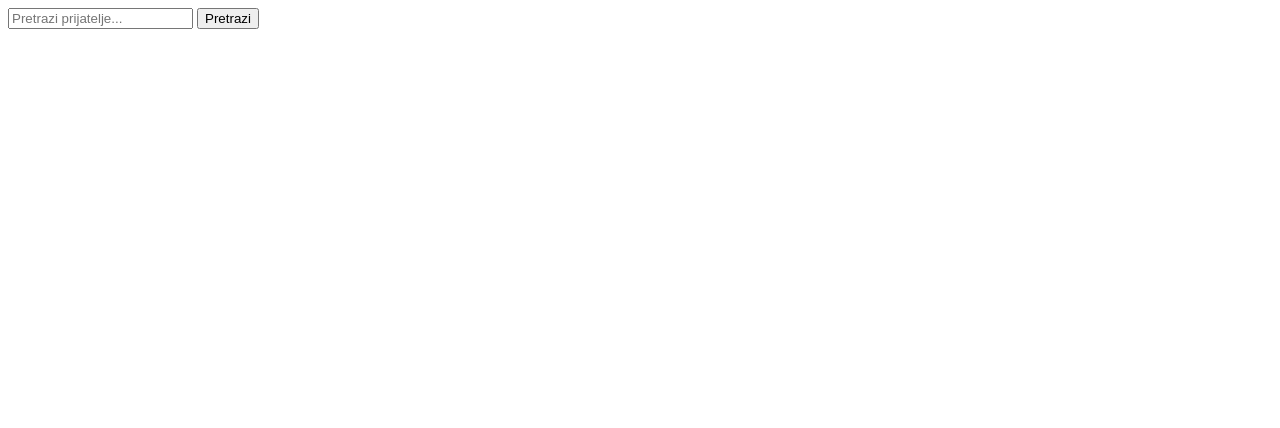
Repository: jodz4k/Polilingo-Spring-web-app
Page: http://localhost/PolilingoWeb/clanPregledClanova.jsp
These files come from the project's save history. The page is drawn as it stood at one moment and after the next save; the edit follows.
The browser window is 1280 px wide. The pictures show the whole page.
The page is served by Tomcat 10.

Above is the page before, as saved 2024-02-05 03:30:23.

After the next save:
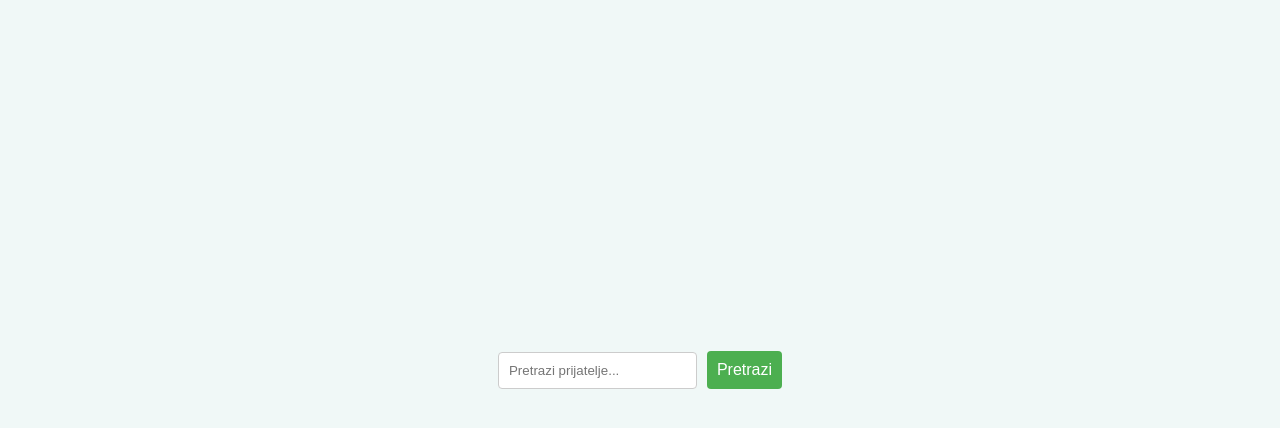
Saved 98 s later.
--- a/PolilingoWeb/src/main/webapp/clanPregledClanova.jsp
+++ b/PolilingoWeb/src/main/webapp/clanPregledClanova.jsp
@@ -1,10 +1,103 @@
 <%@ page language="java" contentType="text/html; charset=ISO-8859-1"
-    pageEncoding="ISO-8859-1"%>
+	pageEncoding="ISO-8859-1"%>
+
+<%@ taglib uri="http://java.sun.com/jsp/jstl/core" prefix="c"%>
+
 <!DOCTYPE html>
 <html>
 <head>
-<meta charset="ISO-8859-1">
-<title>Insert title here</title>
+<meta charset="UTF-8">
+<meta name="viewport" content="width=device-width, initial-scale=1.0">
+<title>Profilna Stranica</title>
+<style>
+body {
+	background-color: #f0f8f7; /* svetlozelena boja pozadine */
+	font-family: Arial, sans-serif;
+	text-align: center;
+	margin: 0;
+	padding: 0;
+	height: 100vh;
+	display: flex;
+	flex-direction: column;
+	align-items: center;
+	justify-content: center;
+}
+
+h1 {
+	color: #4caf50;
+	margin-bottom: 20px;
+}
+
+.profile-container {
+	background-color: #ffffff; /* bela boja pozadine za profilnu sekciju */
+	padding: 20px;
+	border-radius: 8px;
+	box-shadow: 0 0 10px rgba(0, 0, 0, 0.1); /* senka za efekat pop-up-a */
+	width: 30%; /* prilagodi sirinu profila prema potrebama */
+	display: flex;
+	flex-wrap: wrap;
+	justify-content: space-between;
+	align-items: flex-start;
+}
+
+.info-section {
+	width: 100%;
+	margin-top: 20px;
+}
+
+.search-bar {
+	margin-top: 20px;
+	display: flex;
+	align-items: center;
+}
+
+#search-input {
+	flex-grow: 1;
+	padding: 10px;
+	border: 1px solid #ccc; /* siva boja granice input polja */
+	border-radius: 4px;
+	box-sizing: border-box;
+}
+
+#search-button {
+	background-color: #4caf50; /* zelena boja za dugme */
+	color: white;
+	padding: 10px;
+	border: none;
+	border-radius: 4px;
+	cursor: pointer;
+	font-size: 16px;
+	margin-left: 10px;
+	transition: background-color 0.3s;
+}
+
+.action-buttons {
+	margin-top: 20px;
+	display: flex;
+	justify-content: flex-end;
+	align-items: flex-end;
+}
+
+.action-button {
+	background-color: #4caf50; /* zelena boja za dugme */
+	color: white;
+	padding: 15px 30px;
+	border: none;
+	border-radius: 8px;
+	cursor: pointer;
+	font-size: 16px;
+	margin-left: 10px;
+	transition: background-color 0.3s;
+}
+
+#countdown-section {
+	margin-top: 20px;
+}
+
+#word-count-section {
+	margin-top: 20px;
+}
+</style>
 </head>
 <body>
 	<div class="search-bar">
